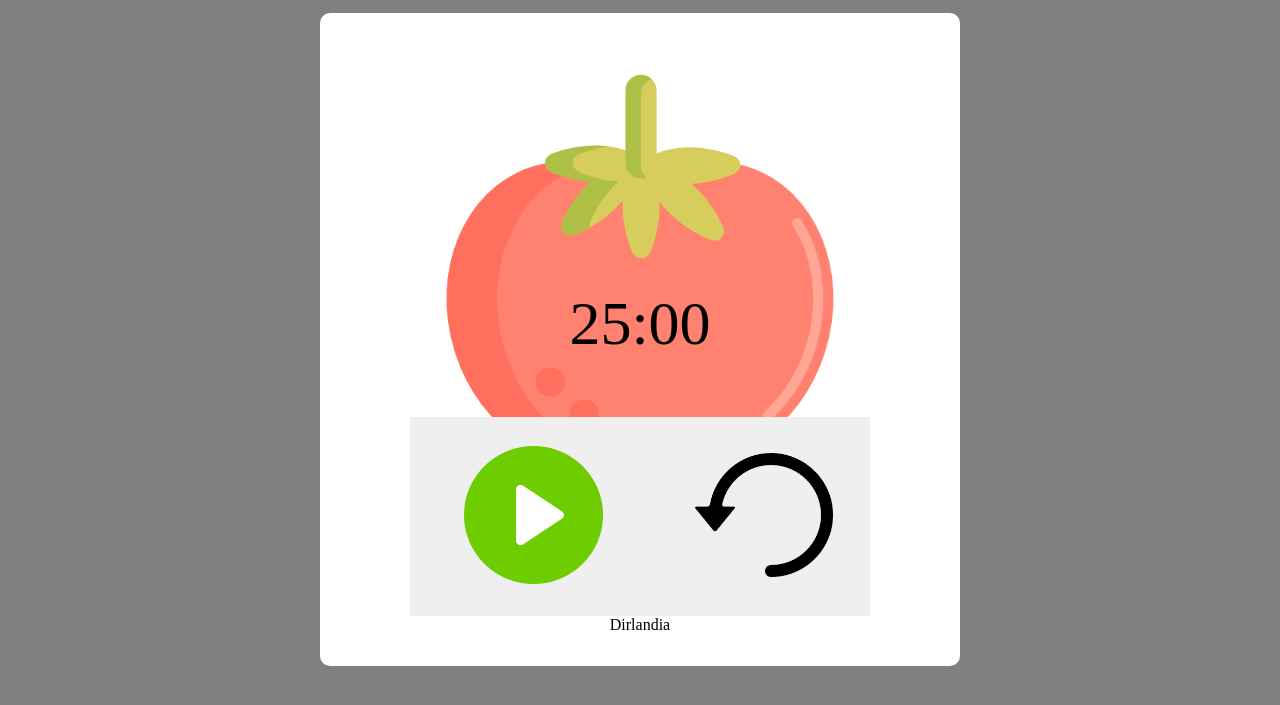
Repository: Dirlandia404/pomodoro
Page: /
The author's editor kept a copy of each file at every save. The page is drawn from the files as they stood at one save, then again after the next save.
The browser window is 1280 px wide. The pictures show the whole page.
The project was rebuilt for these pictures with package versions that can differ from the ones it lists, and the page was loaded fresh each time.

Above is the page before, as saved 2021-11-25 10:52:20.

After the next save:
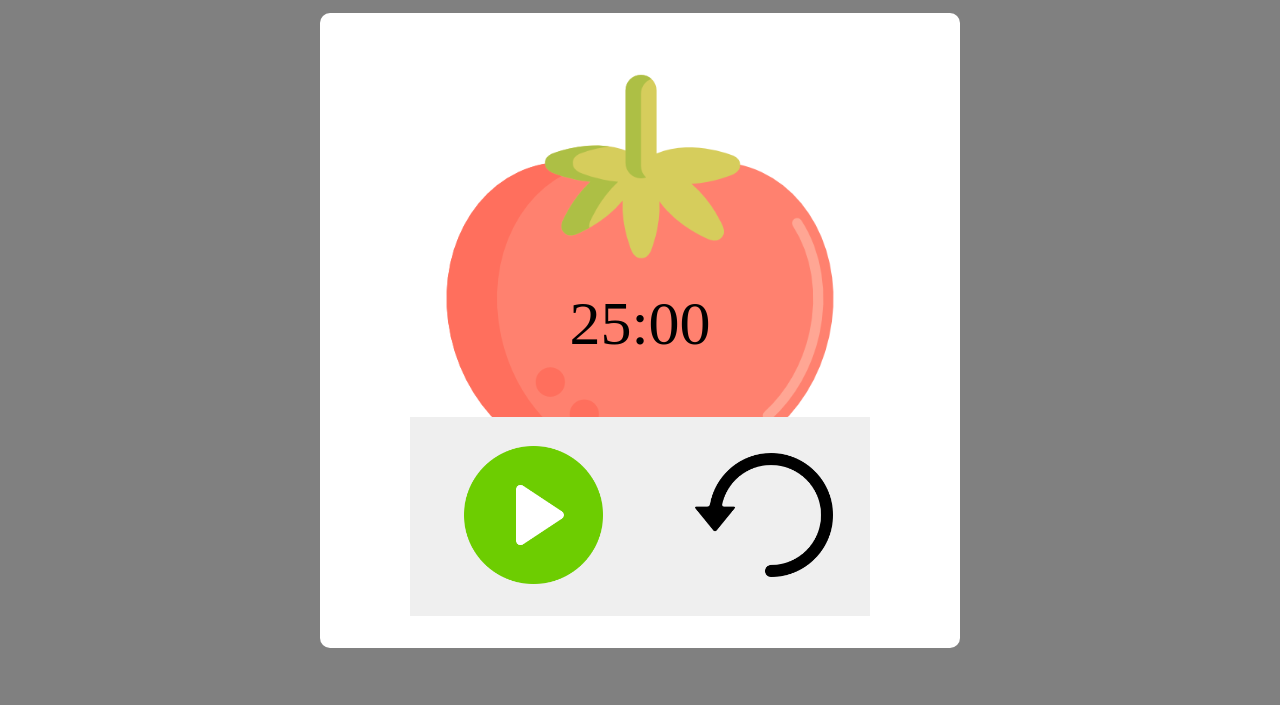
Saved 33 s later.
--- a/src/componentes/Primeiro.jsx
+++ b/src/componentes/Primeiro.jsx
@@ -32,7 +32,6 @@ function Clock(props){
                     </button>
                 </div>
             </form>
-           <p >Dirlandia</p>
         </main>
     );
 }
